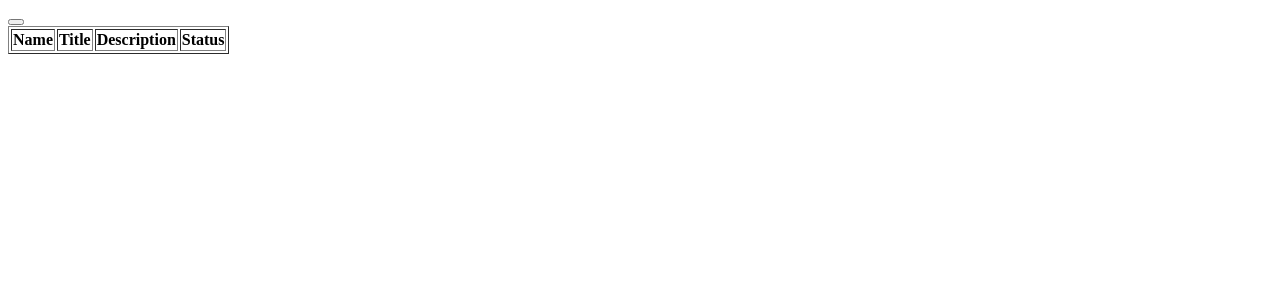
Repository: ARUN-YERRAM/Fs-Kmit
Page: index.html
An editor plug-in stored every save of this project. The page is shown before and after the next save, followed by the edit.
The browser window is 1280 px wide. The pictures show the whole page.

Above is the page before, as saved 2024-12-14 15:41:03.

After the next save:
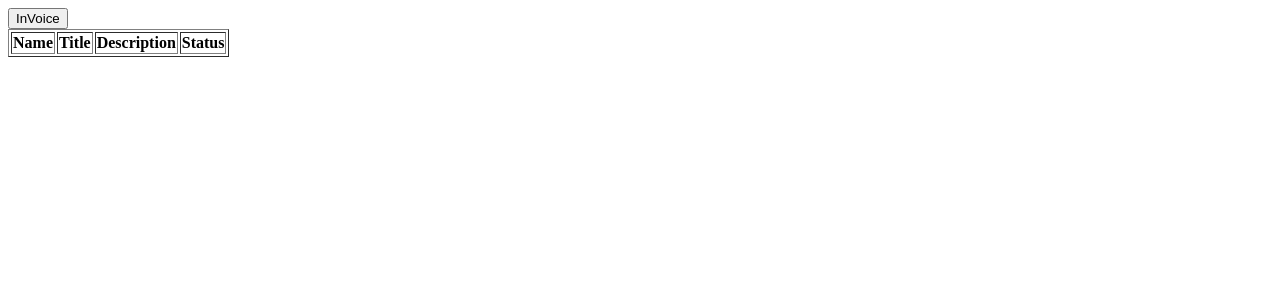
Saved 4 s later.
--- a/index.html
+++ b/index.html
@@ -20,7 +20,7 @@
         <tbody>
             <!--  -->
             <!-- ${table.name} -->
-            <button></button>
+            <button>InVoice</button>
         </tbody>
         <script href="./app.js"></script>
     </table>
